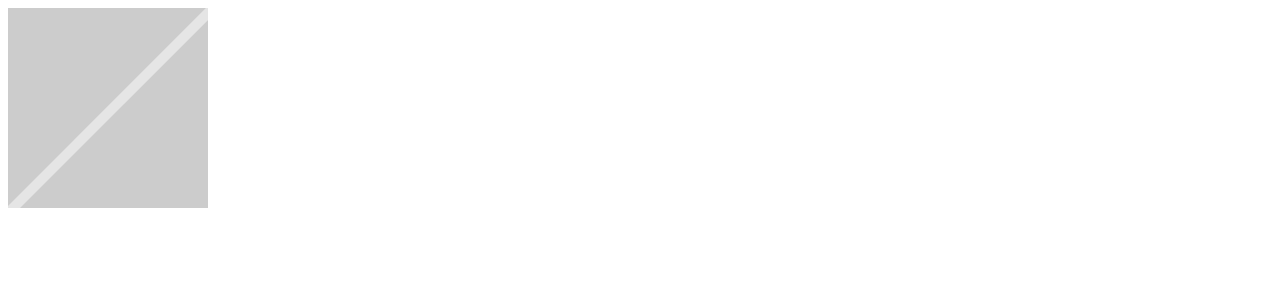
Repository: yaoxin1996/All-kinds-of-practice
Page: html/index.html
An editor plug-in stored every save of this project. The page is shown before and after the next save, followed by the edit.
The browser window is 1280 px wide. The pictures show the whole page.
The pointer rests on the first visible `.box`.

Above is the page before, as saved 2022-05-22 10:10:48.

After the next save:
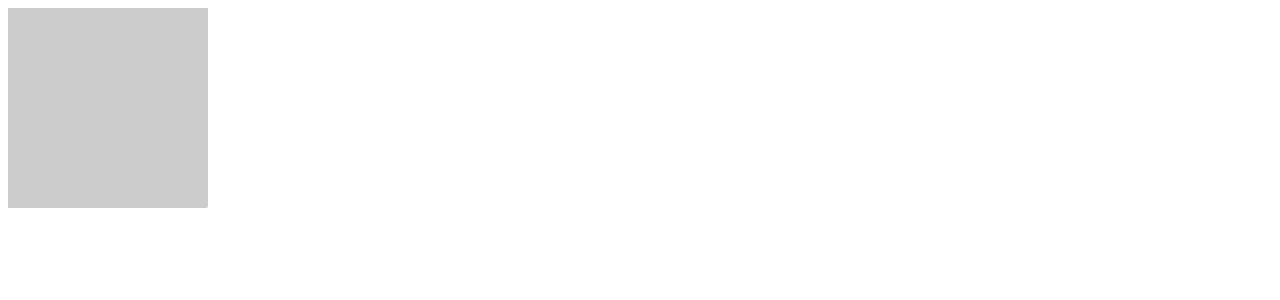
Saved 7 s later.
--- a/html/index.html
+++ b/html/index.html
@@ -27,7 +27,7 @@
     left: -180px;
   }
   .box:hover .inner::after{
-    transition: all 5s;
+    transition: all 1s;
     left: 230px;
   }
 

After the save that followed:
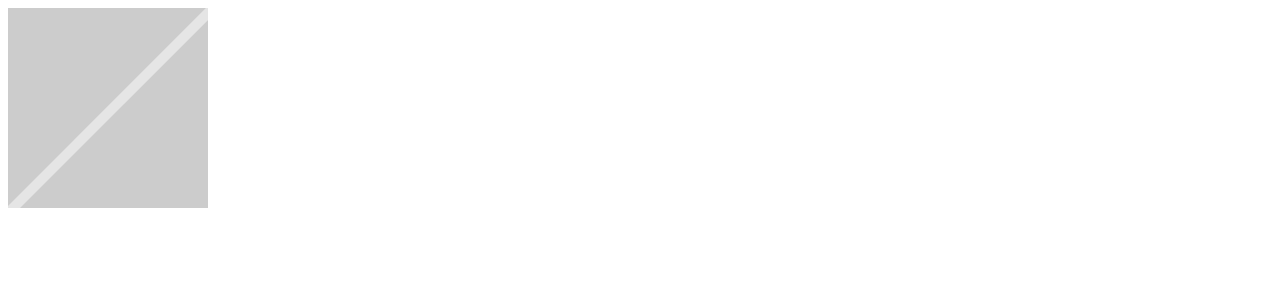
Saved 4 min 18 s later.
--- a/html/index.html
+++ b/html/index.html
@@ -27,7 +27,7 @@
     left: -180px;
   }
   .box:hover .inner::after{
-    transition: all 1s;
+    transition: all 5s;
     left: 230px;
   }
 
